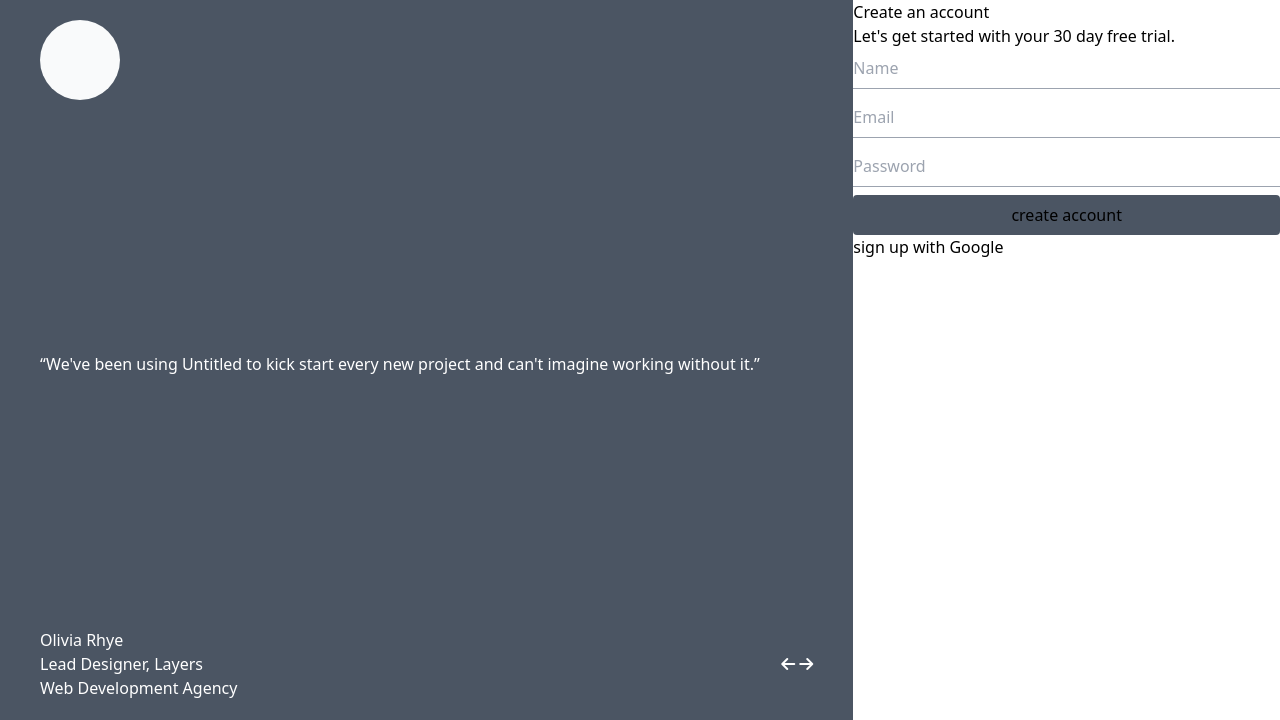
Repository: debthebuilder/youtube-html-contact-form-tailwindcss
Page: contact.html
An editor plug-in stored every save of this project. The page is shown before and after the next save, followed by the edit.
The browser window is 1280 px wide. The pictures show the whole page.
Some web libraries are served in a nearby version.

Above is the page before, as saved 2022-08-03 05:45:43.

### contact.html
<!DOCTYPE html>
<html lang="en">
<head>
    <meta charset="UTF-8">
    <meta http-equiv="X-UA-Compatible" content="IE=edge">
    <meta name="viewport" content="width=device-width, initial-scale=1.0">
    <link rel="stylesheet" href="https://cdnjs.cloudflare.com/ajax/libs/font-awesome/6.1.2/css/all.min.css" integrity="sha512-1sCRPdkRXhBV2PBLUdRb4tMg1w2YPf37qatUFeS7zlBy7jJI8Lf4VHwWfZZfpXtYSLy85pkm9GaYVYMfw5BC1A==" crossorigin="anonymous" referrerpolicy="no-referrer" />
    <script src="https://cdn.tailwindcss.com"></script>
    <title>HTML Contact Form</title>
</head>
<body>
    <div class="w-full h-screen flex">
        <!--Background Image with Overlay text-->
        <div class="w-4/6 bg-gray-600 text-white flex flex-col justify-between py-5 px-10">
            <a href="#" class="block">
                <div class="w-20 h-20 bg-gray-50 rounded-full"></div>
            </a>
            <q>We've been using Untitled to kick start every new project and can't imagine working without it.</q>
            <div class="flex flex-row items-center justify-between">
                <div>
                    <h3>Olivia Rhye</h3>
                    <div>Lead Designer, Layers</div>
                    <span>Web Development Agency</span>
                </div>
                <div>
                    <span>
                        <i class="fa-solid fa-arrow-left"></i>
                    </span>
                    <span>
                        <i class="fa-solid fa-arrow-right"></i>
                    </span>
                </div>
            </div>
        </div>
        <!--Form-->
        <div class="w-2/6">
            <h2>Create an account</h2>
            <span>Let's get started with your 30 day free trial.</span>
            <form>
                <input type="text" name="name" placeholder="Name" class="w-full border-b border-gray-400 pb-2 focus:outline-none focus:border-0 focus:border-b-2 my-2">
                <input type="email" name="email" placeholder="Email" class="w-full border-b border-gray-400 pb-2 focus:outline-none focus:border-0 focus:border-b-2 my-2">
                <input type="password" name="password" placeholder="Password" class="w-full border-b border-gray-400 pb-2 focus:outline-none focus:border-0 focus:border-b-2 my-2">
                <button class="block bg-gray-600 w-full py-2 rounded">create account</button>
                <button>sign up with Google</button>
            </form>
        </div>
    </div>
</body>
</html>

After the next save:
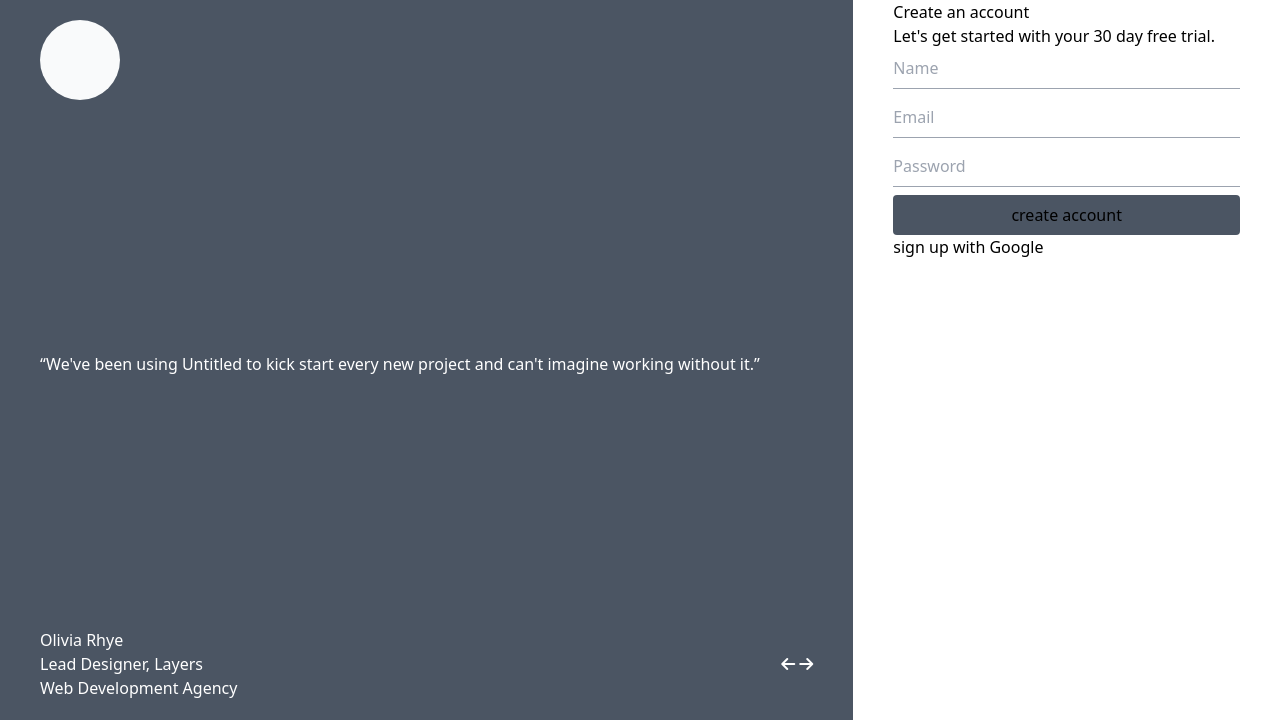
Saved 11 s later.
--- a/contact.html
+++ b/contact.html
@@ -33,7 +33,7 @@
             </div>
         </div>
         <!--Form-->
-        <div class="w-2/6">
+        <div class="w-2/6 px-10">
             <h2>Create an account</h2>
             <span>Let's get started with your 30 day free trial.</span>
             <form>
